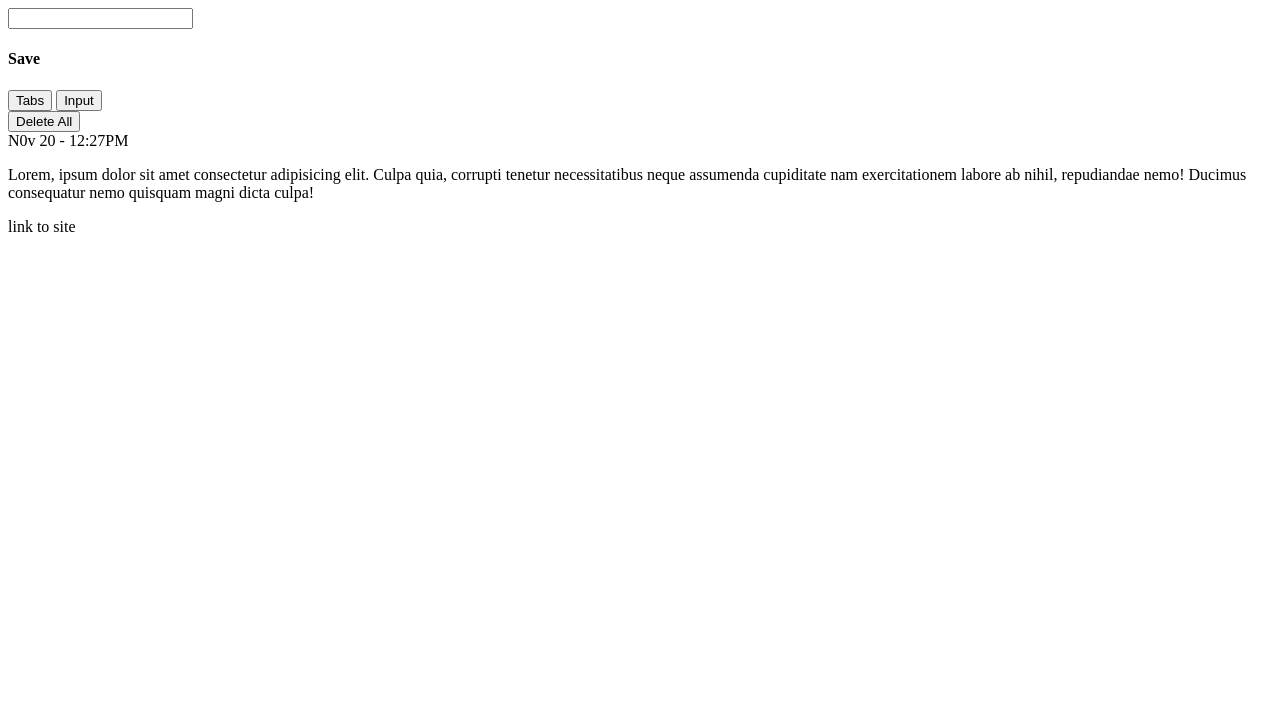
Repository: IdowuMicheal-1/Text-Tab-Organizer
Page: popup.html
The author's editor kept a copy of each file at every save. The page is drawn from the files as they stood at one save, then again after a run of saves.
The browser window is 1280 px wide. The pictures show the whole page.

Above is the page before, as saved 2025-05-14 09:38:10.

After the next 7 saves:
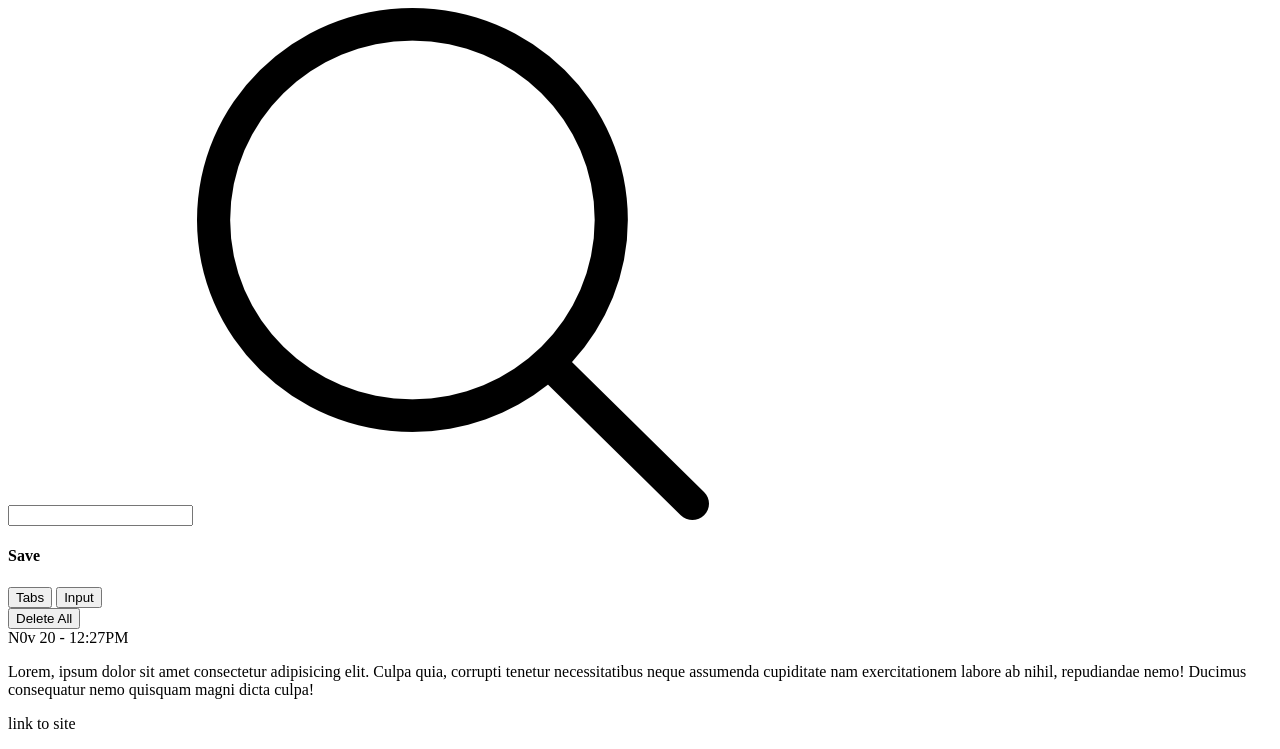
The 7 saves are shown as one change because they came seconds apart.
The last was saved 4 min 24 s later.
--- a/popup.html
+++ b/popup.html
@@ -9,6 +9,7 @@
   <body>
     <div>
       <input type="text" />
+      <img src="./assets/search.png" />
       <div>
         <div>
           <h4>Save</h4>
